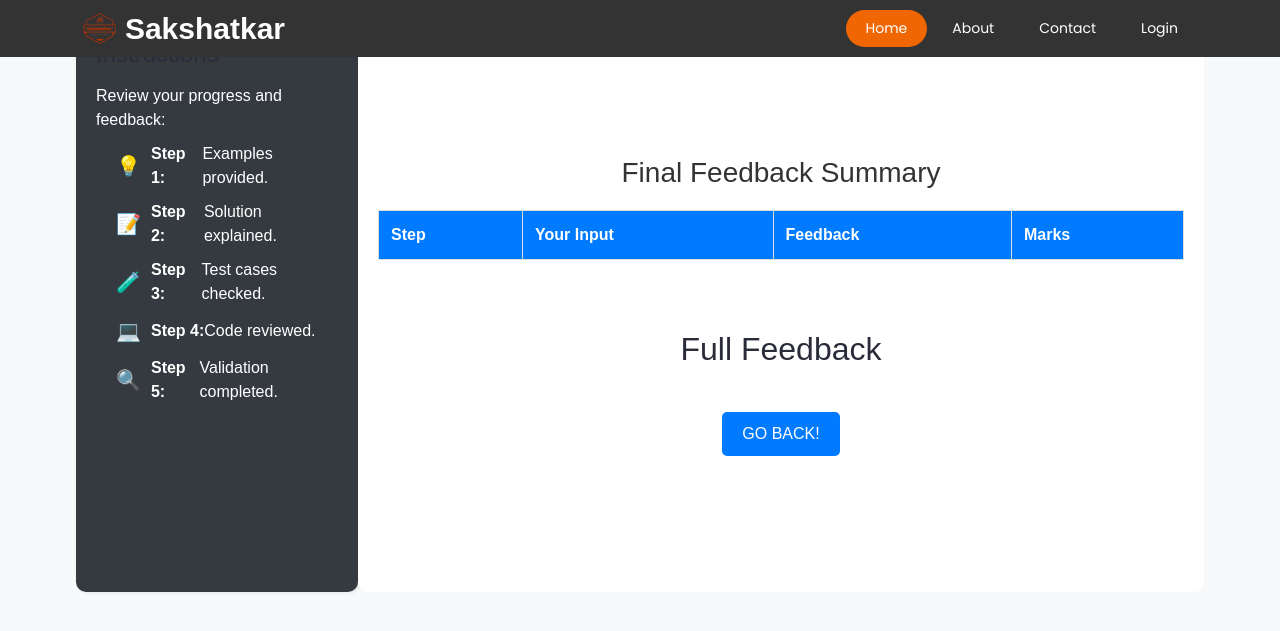
Repository: raushan22882917/Interview_platform
Page: templates/Ai/feedback.html
These files come from the project's save history. The page is drawn as it stood at one moment and after the next save; the edit follows.
The browser window is 1280 px wide. The pictures show the whole page.
Some web fonts or font styles are not loaded; a fallback is used. Some web libraries are served in a nearby version. The page is served by the project's application, run on Flask 3 (temp_code.py). The template is opened directly, without the code that normally fills it, so the values that code supplies are empty.

Above is the page before, as saved 2024-12-03 01:40:05.

### Tech_Round/templates/Ai/feedback.html
<!DOCTYPE html>
<html lang="en">
<head>
    <meta charset="UTF-8">
    <meta name="viewport" content="width=device-width, initial-scale=1.0">
    <title>Final Feedback</title>
    <link rel="stylesheet" href="{{ url_for('static', filename='assets/css/styles.css') }}">
    <link href="{{ url_for('static', filename='assets/img/apple-touch-icon.png') }}" rel="apple-touch-icon">

<!-- Fonts -->
<link href="https://fonts.googleapis.com" rel="preconnect">
<link href="https://fonts.gstatic.com" rel="preconnect" crossorigin>
<link href="https://fonts.googleapis.com/css2?family=Roboto:ital,wght@0,100;0,300;0,400;0,500;0,700;0,900;1,100;1,300;1,400;1,500;1,700;1,900&family=Poppins:ital,wght@0,100;0,200;0,300;0,400;0,500;0,600;0,700;0,800;0,900;1,100;1,200;1,300;1,400;1,500;1,600;1,700;1,800;1,900&family=Raleway:ital,wght@0,100;0,200;0,300;0,400;0,500;0,600;0,700;0,800;0,900;1,100;1,200;1,300;1,400;1,500;1,600;1,700;1,800;1,900&display=swap" rel="stylesheet">
<link rel="stylesheet" href="https://cdnjs.cloudflare.com/ajax/libs/font-awesome/5.15.4/css/all.min.css">
<!-- Vendor CSS Files -->
<link href="{{ url_for('static', filename='assets/vendor/bootstrap/css/bootstrap.min.css') }}" rel="stylesheet">
<link href="{{ url_for('static', filename='assets/vendor/bootstrap-icons/bootstrap-icons.css') }}" rel="stylesheet">
<link href="{{ url_for('static', filename='assets/vendor/aos/aos.css') }}" rel="stylesheet">
<link href="{{ url_for('static', filename='assets/vendor/animate.css/animate.min.css') }}" rel="stylesheet">
<link href="{{ url_for('static', filename='assets/vendor/glightbox/css/glightbox.min.css') }}" rel="stylesheet">
<link href="{{ url_for('static', filename='assets/vendor/swiper/swiper-bundle.min.css') }}" rel="stylesheet">

<!-- Main CSS File -->
<link href="{{ url_for('static', filename='assets/css/main.css') }}" rel="stylesheet">
    <style>
        body {
            font-family: Arial, sans-serif;
            margin: 0;
            padding: 0;
            display: flex;
            justify-content: center;
            background-color: #f8f9fa;
        }

        .container {
            display: flex;
            flex-direction: row;
            justify-content: space-between;
            width: 90%;
            max-width: 1200px;
            margin-top: 20px;
        }

        .sidebar {
            width: 25%;
            background-color: #343a40;
            color: #fff;
            padding: 20px;
            border-radius: 10px;
        }

        .sidebar h1 {
            font-size: 24px;
            margin-bottom: 15px;
        }

        .sidebar p {
            font-size: 16px;
            margin-bottom: 10px;
        }

        .sidebar ul {
            list-style-type: disc;
            padding-left: 20px;
        }

        .sidebar ul li {
            margin-bottom: 10px;
        }

        .icon {
            margin-right: 10px;
        }

        .content {
            width: 70%;
            padding: 20px;
            background-color: #fff;
            border-radius: 10px;
        }

        .content h1 {
            font-size: 28px;
            margin-bottom: 20px;
        }

        .feedback-table {
            width: 100%;
            border-collapse: collapse;
            margin-bottom: 30px;
        }

        .feedback-table th, .feedback-table td {
            border: 1px solid #ddd;
            padding: 12px;
            text-align: left;
        }

        .feedback-table th {
            background-color: #007bff;
            color: white;
        }

        .feedback-table td {
            background-color: #f9f9f9;
        }

        .feedback-table tr:nth-child(even) {
            background-color: #f2f2f2;
        }

        .feedback-table tr:hover {
            background-color: #ddd;
        }

        .feedback-summary {
            list-style-type: none;
            padding-left: 0;
        }

        .feedback-summary li {
            margin-bottom: 15px;
        }

        .feedback-summary h3 {
            margin: 10px 0;
            font-size: 20px;
        }

        .back-btn {
            display: inline-block;
            margin-top: 20px;
            padding: 10px 20px;
            background-color: #007bff;
            color: white;
            text-decoration: none;
            border-radius: 5px;
        }

        .back-btn:hover {
            background-color: #0056b3;
        }
    </style>
</head>
<body>
    <header id="header" class="header d-flex align-items-center fixed-top">
        <div class="container-fluid container-xl position-relative d-flex align-items-center justify-content-between">

          <a href="{{ url_for('index') }}" class="logo d-flex align-items-center">
            <!-- Logo Image -->
            <img src="{{ url_for('static', filename='assets/img/logo.png') }}" alt="Sakshatkar Logo" class="logo-img">
            <!-- Logo Name -->
            <h1 class="sitename">Sakshatkar</h1>
        </a>


          <nav id="navmenu" class="navmenu">
            <ul>
              <li><a href="{{url_for('index')}}" class="active">Home</a></li>

              {% if session.get('user_name') %}
                <li><a href="{{url_for('blog')}}">Blog</a></li>
              {% endif %}

              <li><a href="{{url_for('about')}}">About</a></li>
              <!-- <li><a href="{{url_for('login')}}">Login</a></li> -->
              <li><a href="{{url_for('contact')}}">Contact</a></li>
              <!-- Add this CSS in your <style> section or CSS file -->
                    <style>

                      .alert h1 {
                        font-size: 1.5rem; /* Font size for the heading */
                        color: #31708f; /* Dark blue text color */
                        margin-right: 15px; /* Space between heading and icon */
                    }


                    .badge {
                        background-color: #d9534f;
                        color: white; /* White text color */
                        padding: 4px 4px; /* Padding for the badge */
                        border-radius: .5rem; /* Rounded corners for the badge */
                        font-weight: bold; /* Bold text */
                        margin-bottom: -180px;
                    }

                    .position-relative {
                        position: relative; /* Position relative for positioning child elements */
                    }

                    .position-absolute {
                        position: absolute; /* Position absolute for badge placement */
                    }
                    </style>

                    {% if session.get('user_name') %}
                        <li><a href="{{url_for('hr_round')}}">Publish Interview</a></li>
                    {% endif %}


                    <!-- Your updated HTML with online indicator -->


                    <style>
                      /* Apply general styling to the list */
    .menu-list {
      list-style-type: none;
      margin: 0;
      padding: 0;
    }

    .menu-list .online-indicator {
      font-size: 24px;
      display: inline-block;
      margin-right: 10px;
    }

    /* Style the link */
    .menu-list .online-indicator a {
      text-decoration: none;
      color: inherit;
    }

    /* Adjust the icon size */
    .menu-list .online-indicator a i {
      font-size: 18px;
    }

    /* Add hover effect */
    .menu-list .online-indicator a:hover {
      color: transparent; /* Change this color as needed */
      cursor: pointer;
    }

                    </style>





                    <style>

    #userDropdown {
      color: white;
      font-weight: bold;
      display: flex;
      align-items: center;
      cursor: pointer;
    }

    #userDropdown img
    {
      margin-right: 5px; /* Adjusted to 5px for a smaller gap */
      border-radius: 50%;
    }

    /* Dropdown Menu Styles */
    #dropdownMenu {
      display: none;
      position: absolute;
      top: calc(100% + 10px);
      left: 0;
      background-color: #222;
      color: white;
      list-style: none;
      padding: 12px 0;
      border-radius: 8px;
      width: 200px;
      box-shadow: 0 4px 10px rgba(0, 0, 0, 0.3);
      animation: fadeIn 0.3s ease;
      z-index: 10;
      margin-top: 10px;
      margin-right: 100px;
    }

    /* Dropdown Item Styles */
    #dropdownMenu li {
      padding: 12px 20px;
      border-bottom: 1px solid #333;
      transition: background 0.3s ease;
    }

    #dropdownMenu li:hover {
      background-color: #333;
    }

    #dropdownMenu li:last-child {
      border-bottom: none;
    }



    /* Button for Theme Toggle */
    #theme-toggle {
      background: transparent;
      border: none;
      color: white;
      cursor: pointer;
      display: flex;
      align-items: center;
    }


    #theme-text{
      color: white;
      text-decoration: none;
      display: flex;
      font-size: 14px;
      margin-left: 10px;
      transition: color 0.3s ease;
    }

    #theme-icon{
      font-size:14px;
    }
    /* Hover and Active Styles */
    #dropdownMenu a:hover {
      color: #aaa;
    }

    .dropdown-items{
      font-size: 12px;
    }

    /* Fade-in Animation */
    @keyframes fadeIn {
      from { opacity: 0; }
      to { opacity: 1; }
    }

    .dropdown-item{
      font-size: 14px;
      margin-left: 10px;
    }


    #hero h1 {
      color: #a7ffeb; /* Light teal color */
      font-size: 3rem;
      font-weight: bold;
      text-shadow: 1px 1px 5px rgba(0, 0, 0, 0.8); /* Dark shadow for better readability */
    }

    /* Subtitle */
    #hero h2 {
      color: #ffeb3b; /* Yellow color to pop against dark background */
      font-size: 2rem;
      font-weight: 600;
      text-shadow: 1px 1px 5px rgba(0, 0, 0, 0.8);
    }

    /* Body text */
    #hero p {
      color: #ffffff; /* White color */
      font-size: 1.2rem;
      line-height: 1.6;
      text-shadow: 1px 1px 5px rgba(0, 0, 0, 0.8);
    }

    /* Button styling */
    #hero .btn {
      background-color: #ff5722; /* Bright orange for contrast */
      color: #ffffff;
      font-weight: bold;
      padding: 10px 20px;
      border-radius: 5px;
      box-shadow: 2px 2px 10px rgba(0, 0, 0, 0.4);
      transition: background-color 0.3s ease;
    }

    #hero .btn:hover {
      background-color: #e64a19; /* Darker orange on hover */
    }
                  </style>

                  {% if session.get('user_name') %}
                      <li>
                          <a href="{{ url_for('forum') }}">
                            <i class="fas fa-comments"></i> <!-- This is an example icon for a community -->
                          </a>
                      </li>
                  {% endif %}


                  <ul>
                      {% if session.get('user_name') %}
                          <li style="list-style: none; font-size: 16px; position: relative;">
                            <a href="#" id="userDropdown">
                              {% if session.get('profile_image') %}
                                  <img src="{{ url_for('static', filename='uploads/' + session['profile_image']) }}" alt="Profile Image" width="32" height="32">
                              {% else %}
                                  <i class="fas fa-user-circle" style="font-size: 32px;"></i>
                              {% endif %}
                              <span>{{ session['user_name'] }}</span>
                              <i class="fas fa-caret-down" style="margin-left: 5px;"></i> <!-- Dropdown icon -->
                          </a>


                              <!-- Dropdown Menu -->
                              <ul id="dropdownMenu">
                                  <li style="text-align: center; font-weight: bold;border-radius: 50%;">
                                      <img src="{{ url_for('static', filename='uploads/' + (session.get('profile_image') if session.get('profile_image') else '')) }}" alt="Profile Image" width="48" height="48" style="margin-bottom: 10px; border-radius: 50%;" />
                                      {% if not session.get('profile_image') %}
                                        <i class="fa fa-user" style="font-size: 48px; color: #888;"></i>
                                      {% endif %}

                                      <div class="dropdown-items">{{ session['email'] }}</div>

                                  </li>
                                  <li><a href="{{ url_for('profile') }}"><i class="fas fa-tachometer-alt"></i><span class="dropdown-item">Dashboard</span></a></li>
                                  <li><a href="{{ url_for('privacy') }}"><i class="fas fa-shield-alt"></i><span class="dropdown-item">Privacy</span></a></li>
                                  <li><a href="{{ url_for('logout') }}"><i class="fas fa-sign-out-alt"></i><span class="dropdown-item">Logout</span></a></li>
                                  <li>
                                    <a>
                                      <button id="theme-toggle" onclick="toggleTheme()">
                                          <i class="fas fa-sun" id="theme-icon"></i>
                                          <span id="theme-text">Light</span>
                                      </button>
                                    </a>
                                  </li>
                              </ul>
                          </li>



                          <!-- Toggle Dropdown Script -->
                          <script>
                              document.getElementById('userDropdown').addEventListener('click', function(event) {
                                  event.preventDefault();
                                  const dropdownMenu = document.getElementById('dropdownMenu');
                                  dropdownMenu.style.display = dropdownMenu.style.display === 'block' ? 'none' : 'block';
                              });

                              // Hide dropdown when clicking outside
                              window.addEventListener('click', function(event) {
                                  const dropdownMenu = document.getElementById('dropdownMenu');
                                  if (!event.target.closest('#userDropdown')) {
                                      dropdownMenu.style.display = 'none';
                                  }
                              });

                              // Toggle Theme Function
                              function toggleTheme() {
                                  const themeIcon = document.getElementById('theme-icon');
                                  const themeText = document.getElementById('theme-text');
                                  if (themeIcon.classList.contains('fa-sun')) {
                                      themeIcon.classList.replace('fa-sun', 'fa-moon');
                                      themeText.textContent = 'Dark';
                                  } else {
                                      themeIcon.classList.replace('fa-moon', 'fa-sun');
                                      themeText.textContent = 'Light';
                                  }
                              }
                          </script>
                      {% else %}
                          <li><a href="{{ url_for('login') }}" style="text-decoration: none; color: white;">Login</a></li>
                      {% endif %}
                  </ul>


                  <ul class="menu-list">
                    {% if session.get('user_name') %}
                      <li class="online-indicator">
                        <a href="{{ url_for('user') }}" class="notification-icon">
                          <div class="alerts alert-infos" role="alert">
                            <i class="fas fa-bell position-relative">
                              {% if unread_count > 0 %}
                                <span class="badge badge-danger position-absolute unread-badge">{{ unread_count }}</span>
                              {% endif %}
                            </i>
                          </div>
                        </a>
                      </li>
                    {% endif %}
                  </ul>


            <!-- Include Font Awesome in your project -->
            <script src="https://kit.fontawesome.com/a076d05399.js" crossorigin="anonymous"></script>


            </ul>
            <i class="mobile-nav-toggle d-xl-none bi bi-list"></i>
          </nav>

        </div>
      </header>
    <div class="container">
        <!-- Sidebar with Instructions -->
        <div class="sidebar">
            <h1>Instructions</h1>
            <p>Review your progress and feedback:</p>
            <ul>
                <li><span class="icon">💡</span><strong>Step 1:</strong> Examples provided.</li>
                <li><span class="icon">📝</span><strong>Step 2:</strong> Solution explained.</li>
                <li><span class="icon">🧪</span><strong>Step 3:</strong> Test cases checked.</li>
                <li><span class="icon">💻</span><strong>Step 4:</strong> Code reviewed.</li>
                <li><span class="icon">🔍</span><strong>Step 5:</strong> Validation completed.</li>
            </ul>
        </div>

        <!-- Main Content Section -->
        <div class="content">
            <h1>Final Feedback Summary</h1>

            <!-- Feedback Table -->
            <table class="feedback-table">
                <thead>
                    <tr>
                        <th>Step</th>
                        <th>Your Input</th>
                        <th>Feedback</th>
                        <th>Marks</th>
                    </tr>
                </thead>
                <tbody>
                    {% for step, data in responses.items() %}
                    <tr>
                        <td>{{ step }}</td>
                        <td>{{ data['input'] }}</td>
                        <td>{% if data['feedback'] | safe %}{{ data['feedback'] | safe }}{% else %}No issues{% endif %}</td>
                        <td>{{ data['score'] }} / 5</td>
                    </tr>
                    {% endfor %}
                </tbody>
            </table>

            <!-- Total Score -->
            <p><strong>Total Score:</strong> {{ total_score }} / {{ 5 * responses|length }}</p>

            <!-- Full Feedback Section -->
            <h2>Full Feedback</h2>
            <ul class="feedback-summary">
                {% for step, data in responses.items() %}
                <li>
                    <h3>{{ step }}</h3>
                    <p class="feedback-text">{{ data['feedback'] if data['feedback'] else "No issues with your input." }}</p>
                </li>
                {% endfor %}
            </ul>

            <!-- Back Button -->
            <a href="{{ url_for('estcv') }}" class="back-btn">GO BACK!</a>
        </div>
    </div>

    <script>
        // Function to convert **word** to bold and add line breaks
        document.addEventListener("DOMContentLoaded", function() {
            const feedbackTextElements = document.querySelectorAll('.feedback-text');

            feedbackTextElements.forEach(element => {
                // Replace **word** with <strong>word</strong> and add line breaks
                let text = element.innerHTML;
                text = text.replace(/\*\*(.*?)\*\*/g, '<strong>$1</strong>');
                text = text.replace(/\n/g, '<br>');
                element.innerHTML = text;
            });
        });
    </script>
</body>
</html>

### Tech_Round/static/assets/css/styles.css
body {
    font-family: 'Arial', sans-serif;
    margin: 0;
    padding: 0;
    background-color: #f4f4f9;
    display: flex;
    height: 100vh;
    overflow: hidden;
}

.container {
    display: flex;
    width: 80%;
    margin: 10%;
}

.sidebar {
    background-color: #4a90e2;
    color: white;
    padding: 30px 20px;
    width: 30%;
    box-shadow: 2px 0 5px rgba(0, 0, 0, 0.1);
    overflow-y: auto;
}

.sidebar h1 {
    font-size: 24px;
    margin-bottom: 20px;
}

.sidebar ul {
    list-style: none;
    padding: 0;
}

.sidebar li {
    margin-bottom: 15px;
    display: flex;
    align-items: center;
}

.sidebar li .icon {
    font-size: 20px;
    margin-right: 10px;
}

.content {
    flex: 1;
    padding: 50px;
    background-color: white;
    display: flex;
    flex-direction: column;
    justify-content: center;
    align-items: center;
}

.content h1 {
    font-size: 32px;
    color: #333;
    margin-bottom: 20px;
}

form {
    width: 100%;
    max-width: 600px;
}

label {
    font-size: 16px;
    color: #333;
    margin-bottom: 10px;
    display: block;
}

textarea {
    width: 100%;
    padding: 15px;
    font-size: 14px;
    border: 1px solid #ddd;
    border-radius: 5px;
    resize: none;
}

button {
    background-color: #4a90e2;
    color: white;
    border: none;
    padding: 15px 20px;
    font-size: 16px;
    border-radius: 5px;
    cursor: pointer;
    margin-top: 20px;
    width: 100%;
    max-width: 200px;
}

button:hover {
    background-color: #357ab7;
}

@media (max-width: 768px) {
    .sidebar {
        width: 100%;
        text-align: center;
    }

    .content {
        padding: 20px;
    }

    form {
        width: 90%;
    }
}

Loaded but not shown: Tech_Round/static/assets/css/main.css (2811 lines, source omitted); Tech_Round/temp_code.py (110 lines, source omitted)

After the next save:
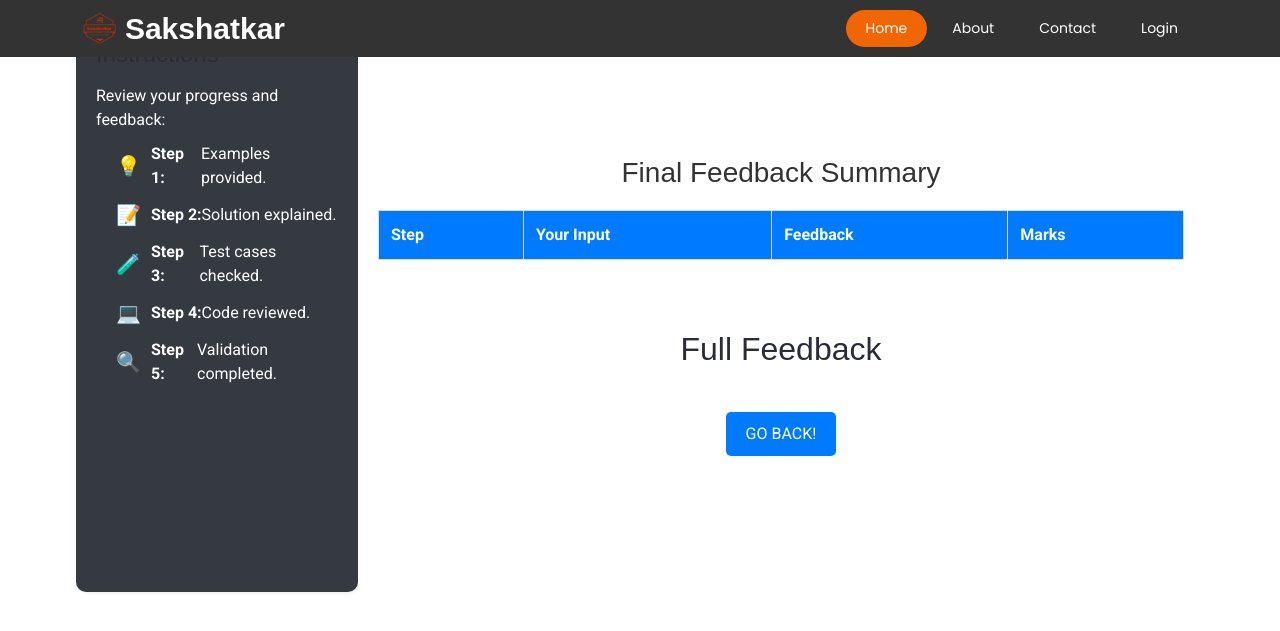
Saved 27 s later.
--- a/Tech_Round/templates/Ai/feedback.html
+++ b/Tech_Round/templates/Ai/feedback.html
@@ -23,14 +23,7 @@
 <!-- Main CSS File -->
 <link href="{{ url_for('static', filename='assets/css/main.css') }}" rel="stylesheet">
     <style>
-        body {
-            font-family: Arial, sans-serif;
-            margin: 0;
-            padding: 0;
-            display: flex;
-            justify-content: center;
-            background-color: #f8f9fa;
-        }
+
 
         .container {
             display: flex;
